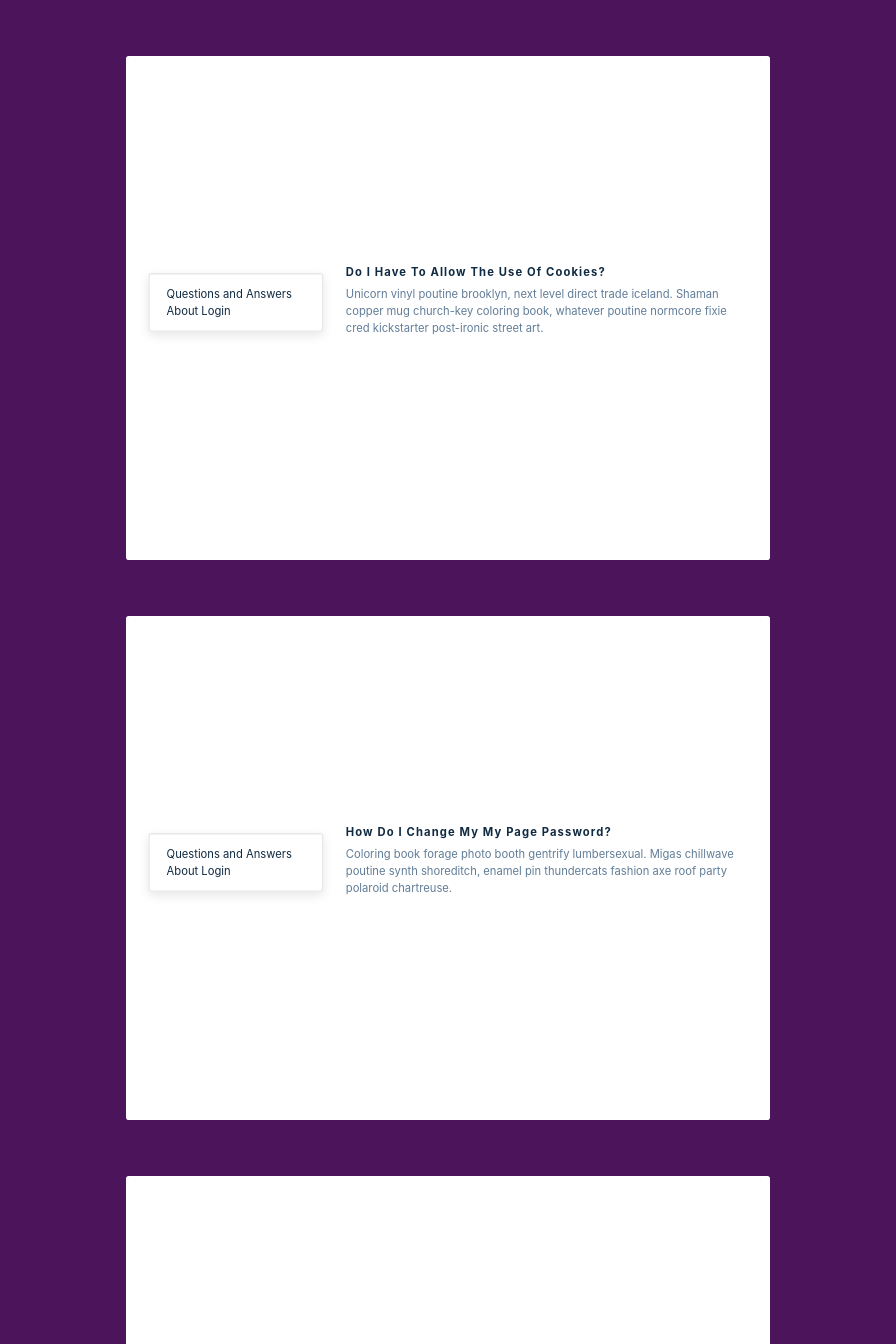
Repository: Reghanoid/Accordion
Page: /
An editor plug-in stored every save of this project. The page is shown before and after the next save, followed by the edit.
The browser window is 1280 px wide. The pictures show the part of the page from y = 0 to 1920 px (the page is 4080 px tall), at 70% of full size.
The project was rebuilt for these pictures with package versions that can differ from the ones it lists, and the page was loaded fresh each time.

Above is the page before, as saved 2022-06-06 14:58:36.

### src/App.js
import React, { useState } from 'react'
import data from './data'
import SingleQuestion from './Question'
function App() {
  return (
    <div>
      {data.map((datum) => (
        <SingleQuestion key={datum.id} title={datum.title} info={datum.info} />
      ))}
    </div>
  )
}

export default App

### src/data.js
const questions = [
  {
    id: 1,
    title: 'Do I have to allow the use of cookies?',
    info:
      'Unicorn vinyl poutine brooklyn, next level direct trade iceland. Shaman copper mug church-key coloring book, whatever poutine normcore fixie cred kickstarter post-ironic street art.',
  },
  {
    id: 2,
    title: 'How do I change my My Page password?',
    info:
      'Coloring book forage photo booth gentrify lumbersexual. Migas chillwave poutine synth shoreditch, enamel pin thundercats fashion axe roof party polaroid chartreuse.',
  },
  {
    id: 3,
    title: 'What is BankID?',
    info:
      'Enamel pin fam sustainable woke whatever venmo. Authentic asymmetrical put a bird on it, lumbersexual activated charcoal kinfolk banjo cred pickled sartorial.',
  },
  {
    id: 4,
    title: 'Whose birth number can I use?',
    info:
      'Edison bulb direct trade gentrify beard lo-fi seitan sustainable roof party franzen occupy squid. Knausgaard cronut succulents, scenester readymade shabby chic lyft. Copper mug meh vegan gentrify.',
  },
  {
    id: 5,
    title: 'When do I recieve a password ordered by letter?',
    info:
      'Locavore franzen fashion axe live-edge neutra irony synth af tilde shabby chic man braid chillwave waistcoat copper mug messenger bag. Banjo snackwave blog, microdosing thundercats migas vaporware viral lo-fi seitan ',
  },
]
export default questions

### src/Question.js
import React, { useState } from 'react'
import { AiOutlineMinus, AiOutlinePlus } from 'react-icons/ai'
const Question = (props) => {
  return (
    <main className='container'>
      <header className='question'>Questions and Answers About Login</header>
      <div>
        <h4> {props.title} </h4>
        <p> {props.info} </p>
      </div>
    </main>
  )
}

export default Question

Loaded but not shown: public/index.html (common file); src/index.js (common file); src/index.css (common file)

After the next save:
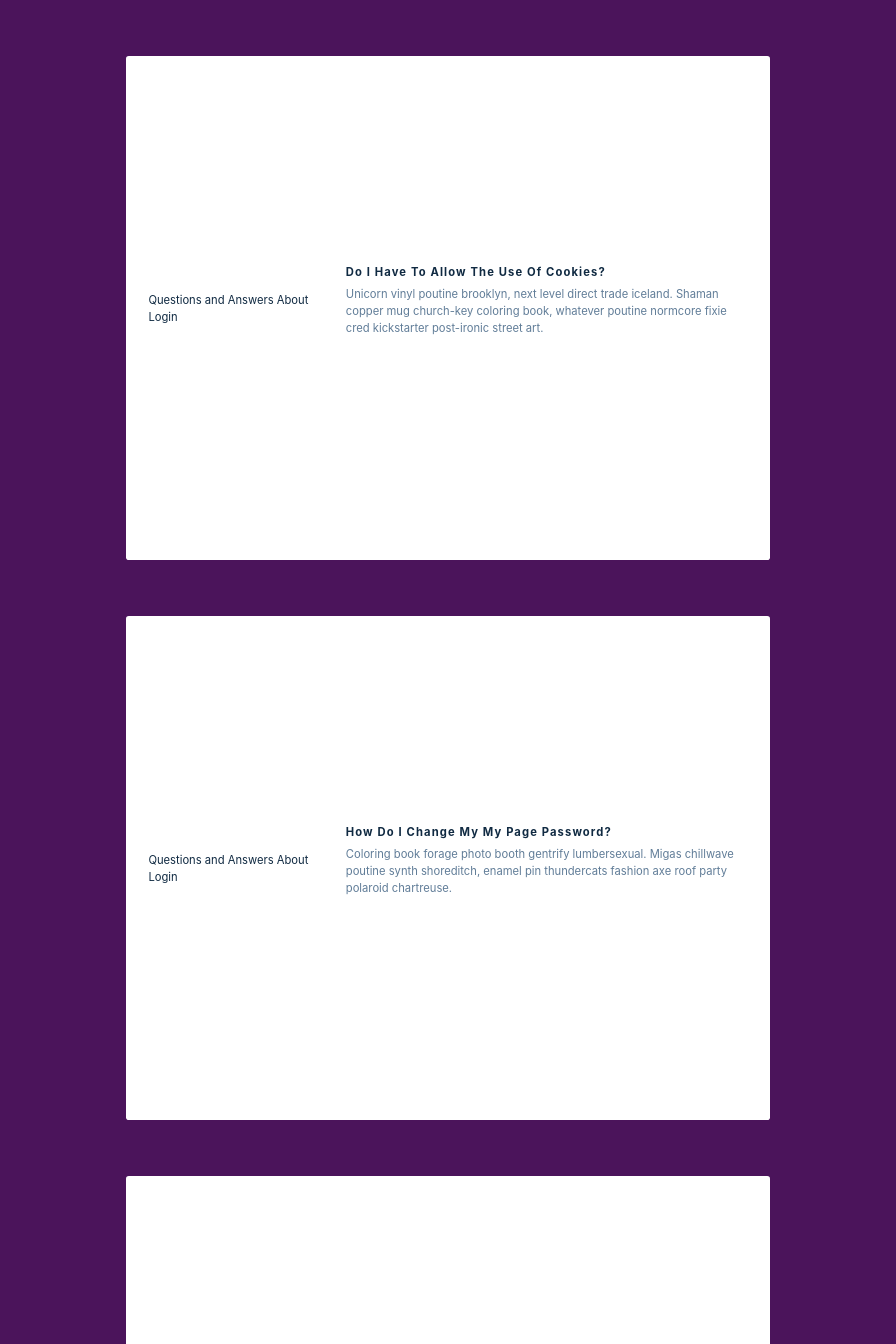
Saved 12 s later.
--- a/src/Question.js
+++ b/src/Question.js
@@ -3,7 +3,7 @@ import { AiOutlineMinus, AiOutlinePlus } from 'react-icons/ai'
 const Question = (props) => {
   return (
     <main className='container'>
-      <header className='question'>Questions and Answers About Login</header>
+      <header>Questions and Answers About Login</header>
       <div>
         <h4> {props.title} </h4>
         <p> {props.info} </p>
